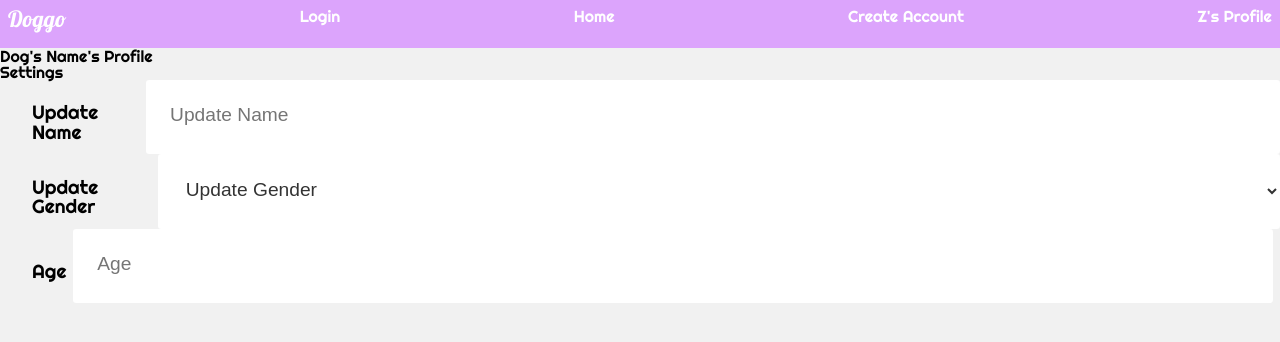
Repository: rh1456/capstone
Page: /5
The author's editor kept a copy of each file at every save. The page is drawn from the files as they stood at one save, then again after the next save.
The browser window is 1280 px wide. The pictures show the whole page.
Some web libraries are served in a nearby version. The project was rebuilt for these pictures with package versions that can differ from the ones it lists, and the page was loaded fresh each time. Also part of the build but not shown: src/pages/MainPage.jsx, src/pages/CreateAccount.jsx, src/pages/DoggoLandingPage.jsx, src/pages/DogProfile.jsx, src/pages/PlayDateForm.jsx.

Above is the page before, as saved 2020-01-11 18:17:21.

After the next save:
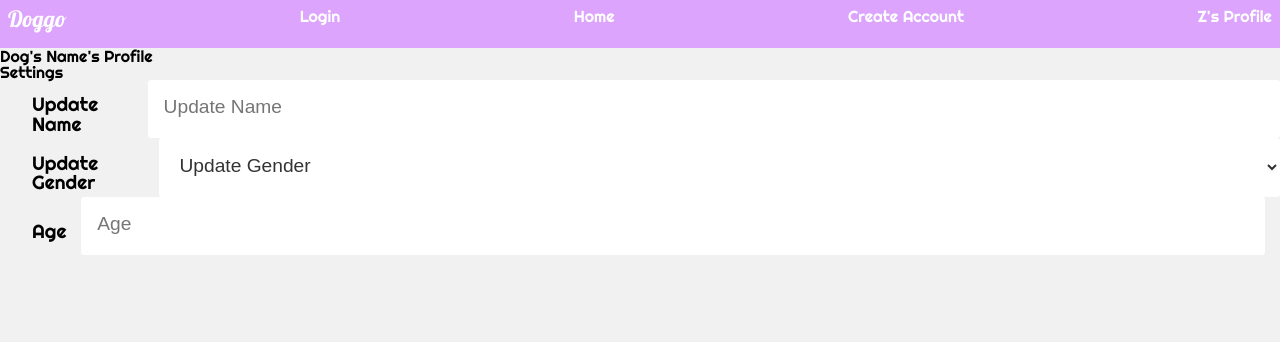
Saved 10 s later.
--- a/src/pages/profileSettings.css
+++ b/src/pages/profileSettings.css
@@ -27,7 +27,7 @@
   color: #333;
   font-size: 1.2rem;
   margin: 0 auto;
-  padding: 1.5rem;
+  padding: 1rem;
   border-radius: 0.2rem;
   background-color: rgb(255, 255, 255);
   border: none;
